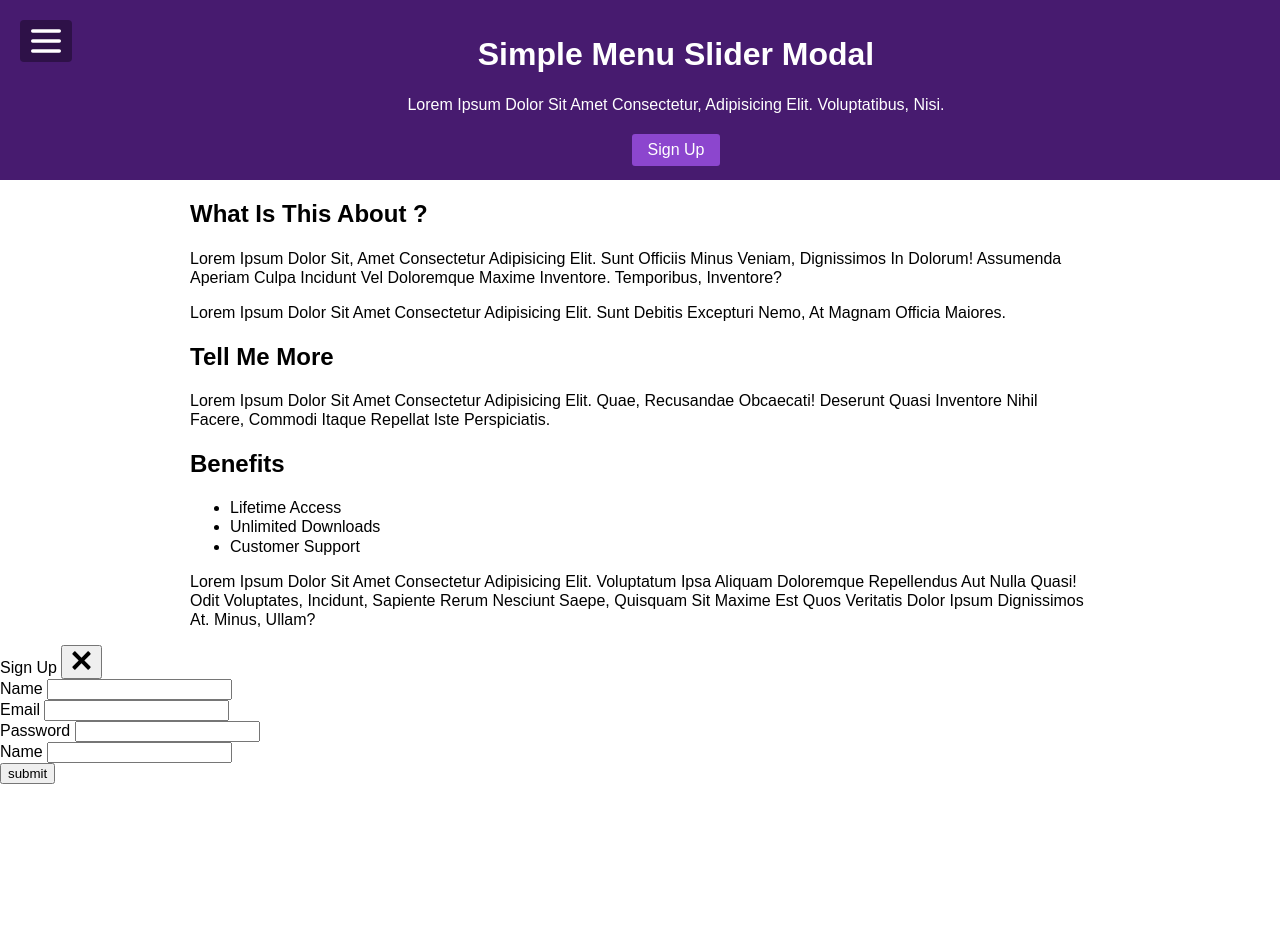
Repository: lilo750/Menu-Slider-modal
Page: index.html
An editor plug-in stored every save of this project. The page is shown before and after the next save, followed by the edit.
The browser window is 1280 px wide. The pictures show the whole page.

Above is the page before, as saved 2024-01-15 06:36:19.

### index.html
<!DOCTYPE html>
<html lang="en">
    <head>
        <meta charset="UTF-8" />
        <meta name="viewport" content="width=device-width, initial-scale=1.0" />
        <title>menu-slider-modal</title>
        <script defer src="assets/logic.js"></script>
        <link rel="stylesheet" href="assets/style.css" />
    </head>
    <body>
        <div class="left-menu">
            <!-- <aside>
                <div id="profile-img">
                    <img
                        src="assets/visuals/profile-img.jpg"
                        alt="profile image"
                    />
                </div>
                <ul>
                    <li>home</li>
                    <li>portfolio</li>
                    <li>blog</li>
                    <li>contact me</li>
                </ul>
            </aside> -->

            <button id="burger-btn">
                <img
                    src="assets/visuals/burger-menu-svgrepo-com.svg"
                    alt="burger icon"
                />
            </button>
        </div>
        <div class="container">
            <header>
                <div class="heading">
                    <h1>Simple Menu slider Modal</h1>
                    <p>
                        Lorem ipsum dolor sit amet consectetur, adipisicing
                        elit. Voluptatibus, nisi.
                    </p>
                    <button id="signUp-btn">Sign Up</button>
                </div>
            </header>

            <main>
                <h2>what is this about ?</h2>
                <p>
                    Lorem ipsum dolor sit, amet consectetur adipisicing elit.
                    Sunt officiis minus veniam, dignissimos in dolorum!
                    Assumenda aperiam culpa incidunt vel doloremque maxime
                    inventore. Temporibus, inventore?
                </p>
                <p>
                    Lorem ipsum dolor sit amet consectetur adipisicing elit.
                    Sunt debitis excepturi nemo, at magnam officia maiores.
                </p>
                <h2>tell me more</h2>
                <p>
                    Lorem ipsum dolor sit amet consectetur adipisicing elit.
                    Quae, recusandae obcaecati! Deserunt quasi inventore nihil
                    facere, commodi itaque repellat iste perspiciatis.
                </p>
                <h2>benefits</h2>
                <ul>
                    <li>lifetime access</li>
                    <li>unlimited downloads</li>
                    <li>customer support</li>
                </ul>
                <p>
                    Lorem ipsum dolor sit amet consectetur adipisicing elit.
                    Voluptatum ipsa aliquam doloremque repellendus aut nulla
                    quasi! Odit voluptates, incidunt, sapiente rerum nesciunt
                    saepe, quisquam sit maxime est quos veritatis dolor ipsum
                    dignissimos at. Minus, ullam?
                </p>
            </main>
        </div>
        <!-- ./container -->

        <div class="modal">
            <header>
                <span>Sign Up</span>
                <button id="close-btn">
                    <img
                        src="assets/visuals/close-icon.svg"
                        alt="burger icon"
                    />
                </button>
            </header>
            <form>
                <div class="form-control">
                    <label for="name">Name</label>
                    <input id="name" type="text" />
                </div>
                <div class="form-control">
                    <label for="mail">Email</label>
                    <input id="mail" type="email" />
                </div>
                <div class="form-control">
                    <label for="pass">Password</label>
                    <input id="pass" type="password" />
                </div>
                <div class="form-control">
                    <label for="cpass">Name</label>
                    <input id="cpass" type="password" />
                    <span class="warning"></span>
                </div>

                <button id="submit" type="submit">submit</button>
            </form>
        </div>
    </body>
</html>

### assets/logic.js
const signUpBtn = document.getElementById('signUp-btn');

/*
when the user click on the signup btn a modal will show by switching from hidden to visiblity visible
something i should consider before writing the code which is handle the close btn and submit btn and writing the html and css for the code

*/

const modalHandler = () => {};

signUpBtn.addEventListener('click', modalHandler);

### assets/style.css
html {
    font-family: sans-serif;
}

body {
    height: 100vh;
    margin: 0;
    padding: 0;
    text-transform: capitalize;
    line-height: 1.2;
}

.left-menu {
    position: absolute;

    #burger-btn {
        display: flex;
        align-items: center;
        justify-content: center;
        background-color: rgb(46, 17, 72);
        border: none;
        cursor: pointer;
        position: relative;
        left: 20px;
        top: 20px;
        border-radius: 4px;
    }
}

.container {
    display: flex;
    flex-direction: column;

    & header {
        background-color: rgb(71, 27, 111);
        color: #fff;
        text-align: center;
        padding: 14px 8px;
        padding-left: 80px;

        #signUp-btn {
            background-color: rgb(140, 70, 206);
            color: inherit;
            border: 0;
            outline: 2px;
            padding: 7px 16px;
            border-radius: 3px;
            cursor: pointer;
            font-size: 16px;
        }

        & p {
            margin-bottom: 20px;
        }
    }

    & main {
        max-width: 900px;
        align-self: center;
        padding-inline: 20px;
    }
}

.modal {
    width: 330px;
    height: 40vh;
}

### assets/visuals/burger-menu-svgrepo-com.svg
<?xml version="1.0" encoding="utf-8"?><!-- Uploaded to: SVG Repo, www.svgrepo.com, Generator: SVG Repo Mixer Tools -->
<svg width="40px" height="40px" viewBox="0 0 24 24" fill="none" xmlns="http://www.w3.org/2000/svg">
<path d="M4 18L20 18" stroke="#ffff" stroke-width="2" stroke-linecap="round"/>
<path d="M4 12L20 12" stroke="#ffff" stroke-width="2" stroke-linecap="round"/>
<path d="M4 6L20 6" stroke="#ffff" stroke-width="2" stroke-linecap="round"/>
</svg>

### assets/visuals/close-icon.svg
<?xml version="1.0"?><svg xmlns="http://www.w3.org/2000/svg" viewBox="0 0 30 30" width="25px" height="25px">    <path d="M 7 4 C 6.744125 4 6.4879687 4.0974687 6.2929688 4.2929688 L 4.2929688 6.2929688 C 3.9019687 6.6839688 3.9019687 7.3170313 4.2929688 7.7070312 L 11.585938 15 L 4.2929688 22.292969 C 3.9019687 22.683969 3.9019687 23.317031 4.2929688 23.707031 L 6.2929688 25.707031 C 6.6839688 26.098031 7.3170313 26.098031 7.7070312 25.707031 L 15 18.414062 L 22.292969 25.707031 C 22.682969 26.098031 23.317031 26.098031 23.707031 25.707031 L 25.707031 23.707031 C 26.098031 23.316031 26.098031 22.682969 25.707031 22.292969 L 18.414062 15 L 25.707031 7.7070312 C 26.098031 7.3170312 26.098031 6.6829688 25.707031 6.2929688 L 23.707031 4.2929688 C 23.316031 3.9019687 22.682969 3.9019687 22.292969 4.2929688 L 15 11.585938 L 7.7070312 4.2929688 C 7.5115312 4.0974687 7.255875 4 7 4 z"/></svg>

After the next save:
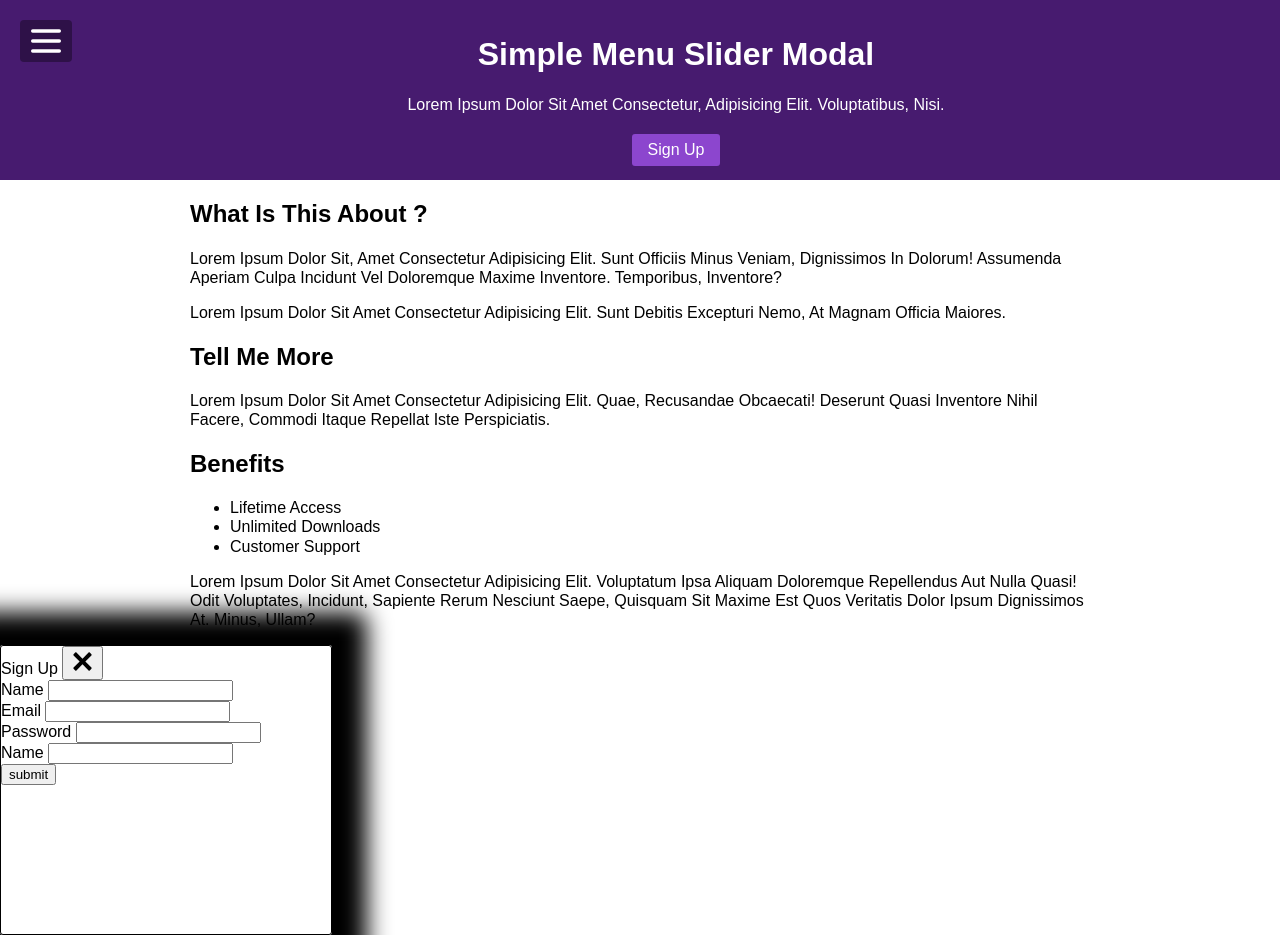
Saved 73 s later.
--- a/assets/style.css
+++ b/assets/style.css
@@ -64,4 +64,7 @@ body {
 .modal {
     width: 330px;
     height: 40vh;
+    border: 1px solid black;
+    border-radius: 3px;
+    box-shadow: 1px 1px 23px 34px;
 }
